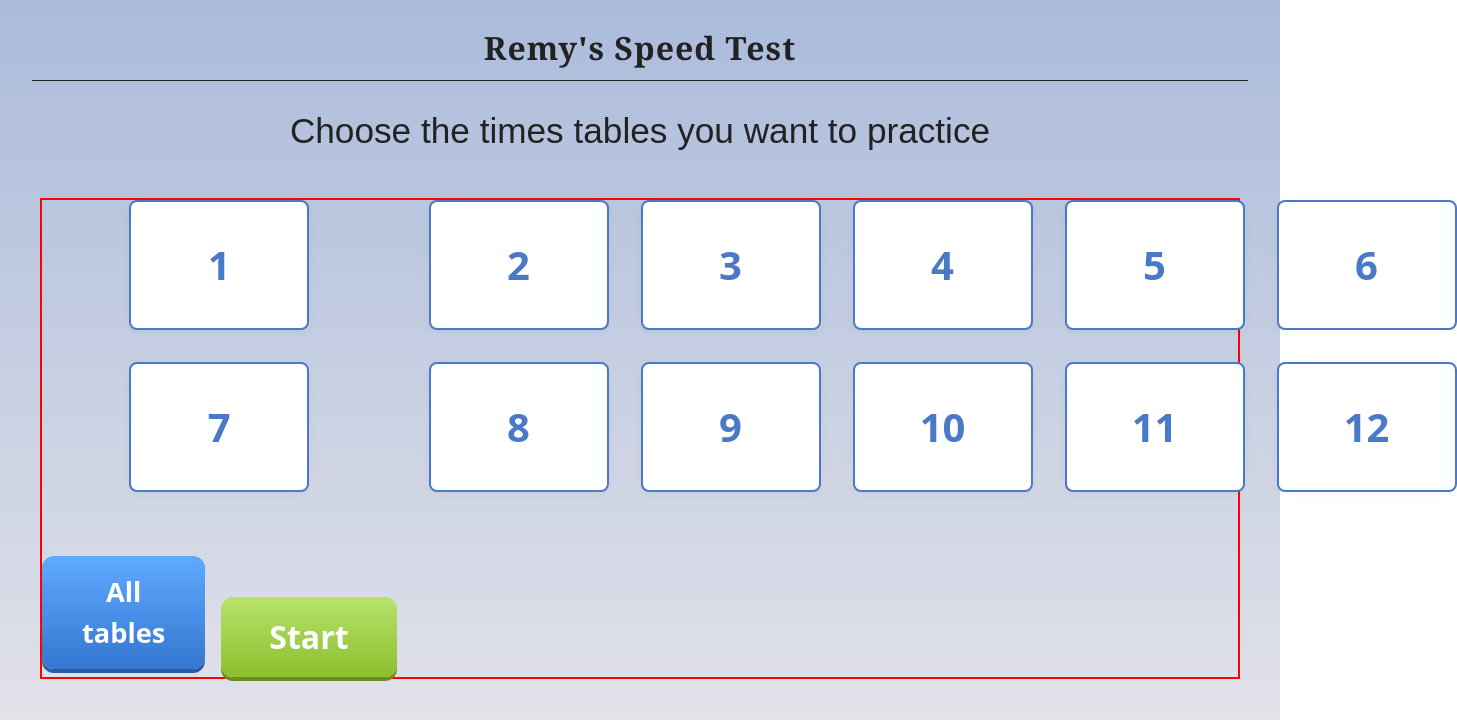
Repository: Chinurum-Omenuko/remys-speed-test
Page: / (app in app/)
The author's editor kept a copy of each file at every save. The page is drawn from the files as they stood at one save, then again after a run of saves.
The browser window is 1280 px wide. The page is 1457 px wide, then 1455 px, so the pictures cover 1457 px, including what lies to the right of the window. The pictures show the whole page.
The project was rebuilt for these pictures with package versions that can differ from the ones it lists, and the page was loaded fresh each time. The framework's server and built-in components were replaced by stand-ins that run in the browser. Also part of the build but not shown: app/svelte.config.js, app/vite.config.ts.

Above is the page before, as saved 2025-11-17 10:52:41.

### app/src/routes/+page.svelte

<script lang="ts">
	import { goto } from "$app/navigation";
	import { GameStore } from "../stores/gameStore.svelte";

	let store = GameStore;
	let chosenTables = store.getTables()
	const tables = Array.from({ length: 12 }, (_, i) => i + 1);

	function selectTable(table: number) {
		store.addTables(table)
	}

	function allTables(){
		tables.forEach(table => {
			let index = chosenTables.indexOf(table)
			if(!chosenTables.includes(table)){
				selectTable(table)
				return
			}
			chosenTables.splice(index, 1)
		});
	}


	function start() {
		store.generateQuestions(chosenTables)
		goto("/test")
	}



	function lastResults() {
		alert('Show last results');
	}
</script>
<div class="landing-bg">
	<div style="padding: 1.5rem 2rem 0 2rem;">
		<h1 class="title">Remy's Speed Test</h1>
		<div class="dotted"></div>
		<h2 class="subtitle">Choose the times tables you want to practice</h2>
		<div class="content">
			<div class="tables-grid">
				{#each tables as table}
					<button
						type="button"
						class="table-btn {chosenTables.includes(table) ? 'selected' : ''}"
						on:click={() => {

							selectTable(table)
							}}
						aria-pressed={chosenTables[table] === table}
					>
						{table}
					</button>
				{/each}
				<div class="actions">
					<div class="left-actions">
						{#if chosenTables.length == 12}
							<button class="blue-btn" on:click={allTables}>Deselect All Tables</button>
						{:else}
							<button class="blue-btn" on:click={allTables}>All tables</button>
						{/if}
					</div>
					<button class="green-btn" on:click={start}>Start</button>
				</div>
			</div>
		</div>
	</div>
</div>

<style>
	.landing-bg {
		background: linear-gradient(180deg, #aabbdb, #e2e2e9);
		min-height: 100vh;
		padding: 0;
		margin: 0;
	}
	.title {
		font-size: 2rem;
		font-weight: 700;
		margin: 0 0 0.5rem 0;
		letter-spacing: 1px;
		color: #222;
		font-family: Georgia, 'Times New Roman', Times, serif;
		text-align: center;
	}
	.dotted {
		border-bottom: 1px solid #222;
		margin-bottom: 1.5rem;
	}
	.subtitle {
		font-size: 2.2rem;
		font-weight: 100;
		margin-bottom: 2.5rem;
		text-align: center;
		color: #222;
		font-family: Arial, Helvetica, sans-serif;
	}

	.content{
		display: flex;
		flex-direction: column;
	}
	.tables-grid {
		display: grid;
		grid-template-columns: repeat(6, 1fr);
		gap: 2rem;
		max-width: 1200px;
		margin: 0 auto 2.5rem auto;
		border: solid 2px red;

	}
	.table-btn {
		background: #fff;
		border: 2px solid #4a7ac7;
		border-radius: 8px;
		font-size: 2.5rem;
		font-weight: 700;
		color: #4a7ac7;
		width: 180px;
		height: 130px;
		display: flex;
		align-items: center;
		justify-content: center;
		cursor: pointer;
		transition: box-shadow 0.2s, border 0.2s;
		margin: 0 auto;
		box-shadow: 0 2px 8px rgba(0,0,0,0.04);
	}
	.table-btn.selected {
		border: 3px solid #2e5eaa;
		background: #eaf1ff;
		color: #2e5eaa;
	}
	.actions {
		display: flex;
		justify-content: space-between;
		align-items: flex-end;
		max-width: 1200px;
		margin: 2rem auto 0 auto;
	}
	.left-actions {
		display: flex;
		flex-direction: column;
		gap: 1.2rem;
	}
	.blue-btn {
		background: linear-gradient(180deg, #5faaff 0%, #3576d1 100%);
		color: #fff;
		font-size: 1.7rem;
		font-weight: 600;
		border: none;
		border-radius: 12px;
		padding: 1rem 2.5rem;
		box-shadow: 0 4px 0 #2b5ca7;
		cursor: pointer;
		margin-bottom: 0.5rem;
		transition: background 0.2s;
	}
	.blue-btn:active {
		background: #3576d1;
	}
	.green-btn {
		background: linear-gradient(180deg, #b6e36b 0%, #8dbf2e 100%);
		color: #fff;
		font-size: 2rem;
		font-weight: 700;
		border: none;
		border-radius: 12px;
		padding: 1rem 3rem;
		box-shadow: 0 4px 0 #6b8e23;
		cursor: pointer;
		margin-left: 1rem;
		transition: background 0.2s;
	}
	.green-btn:active {
		background: #8dbf2e;
	}

	/* 640px: small tablet */
	/* @media (min-width: 640px) {
		.tables-grid {
			grid-template-columns: repeat(3, 1fr);
			border: red;
		}
		.table-btn {
			width: 100px;
			height: 80px;
			font-size: 1.5rem;
		}
		.actions {
			flex-direction: column;
			align-items: stretch;
			gap: 2rem;
		}
	}

	/* 768px: tablet portrait */
	/* @media (min-width: 768px) {
		.tables-grid {
			grid-template-columns: repeat(3, 1fr);
			border: red;
		}
		.table-btn {
			width: 100px;
			height: 80px;
			font-size: 1.5rem;
		}
		.actions {
			flex-direction: column;
			align-items: stretch;
			gap: 2rem;
		}
	} */

	/* 1024px: tablet landscape / small laptop */
	/* @media (min-width: 1024px) {
		.tables-grid {
			grid-template-columns: repeat(4, 1fr);
		}
		.table-btn {
			width: 140px;
			height: 110px;
			font-size: 2rem;
		}
		.actions {
			flex-direction: row;
			align-items: center;
			gap: 1rem;
		}
	} */

	/* @media (min-width: 1200px) and (max-height: 700px) {

	} */


	/* 1280px: laptop */
	/* @media (min-width: 1280px) {} */

	/* 1536px: large desktop */
	/* @media (min-width: 1536px) {} */




</style>

### app/src/stores/gameStore.svelte.ts
import { writable } from "svelte/store";
import { createQuestions } from "../utils/gameUtils";

function createGameStore(){
    let allQuestions = $state<any[]>([])
    let selectedTables: number[] = $state([])


    return{
        selectedTables,
        get allQuestions(){
            return allQuestions;
        },
        clearSelectedTables: () => {
            selectedTables = []
        },
        getTables: () => selectedTables,
        addTables: (table: number) => {
            let index = selectedTables.indexOf(table)

            if(!selectedTables.includes(table)){
                selectedTables.push(table)
                return
            }

            selectedTables.splice(index,1)

        },
        generateQuestions: (table: number[]) => {
            let questions = createQuestions(table)

            let flat = Object.values(questions).flat();
            allQuestions = [...allQuestions, ...flat];


        },

        removeQuestions: () => allQuestions = []
    }
}

export const GameStore = createGameStore()

### app/src/utils/gameUtils.ts
function makeQuestionObject(table: number){
    let questionsObjectArray = []
    for (let i = 1; i <= 12; i++){
        let question = {
            id: table + '-' + i,
            table: table,
            multiplier: i,
            question: `${table} x ${i}`,
            answer: table * i
        };
        questionsObjectArray.push(question);
    }
    return questionsObjectArray;
}

export function createQuestions(timeTable: number[]){
    let questions = {};

    timeTable.forEach(table => {
        let objectArray = makeQuestionObject(table)
        questions[table] = objectArray
    });
    return questions
}

Loaded but not shown: app/src/app.html (common file); app/src/routes/+layout.svelte (common file); app/src/app.css (common file)

After the next 2 saves:
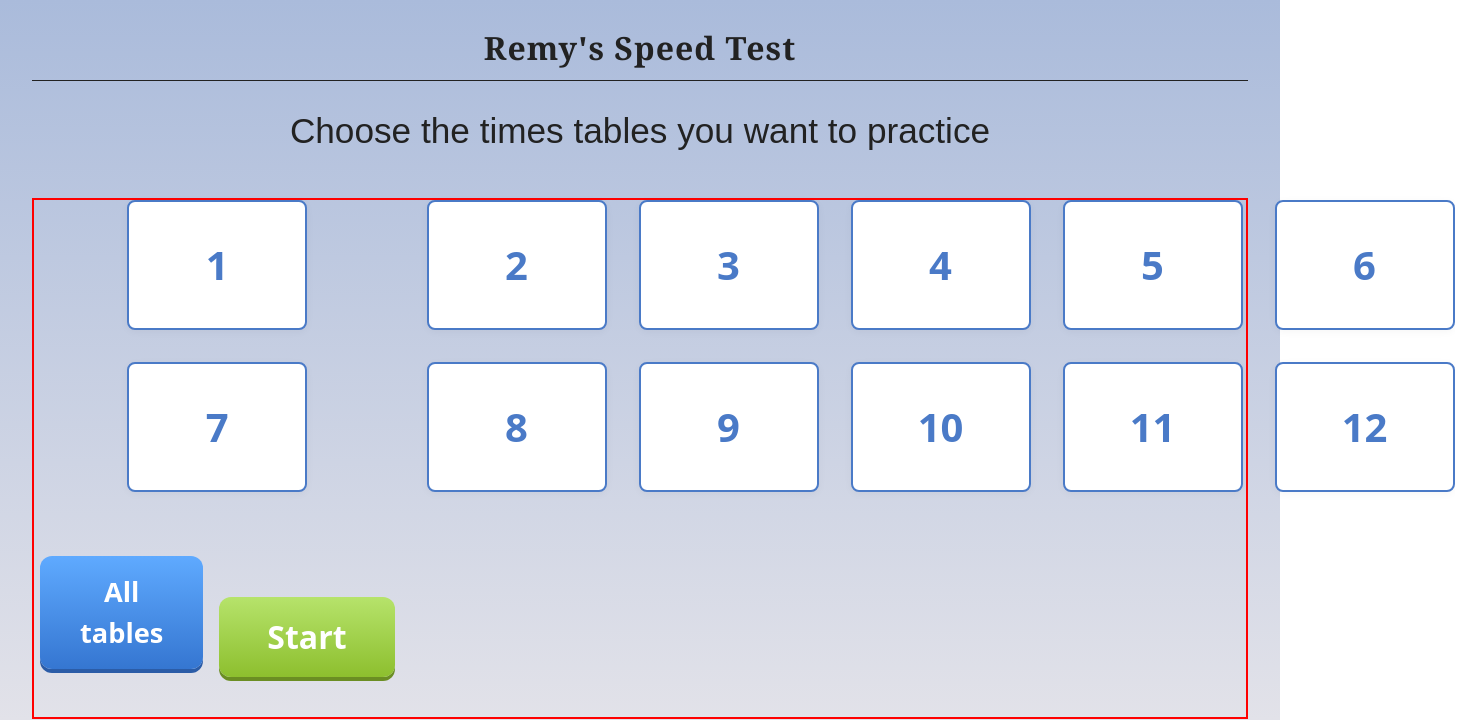
The 2 saves are shown as one change because they came seconds apart.
The last was saved 30 s later.
--- a/app/src/routes/+page.svelte
+++ b/app/src/routes/+page.svelte
@@ -101,6 +101,7 @@
 	.content{
 		display: flex;
 		flex-direction: column;
+		border: solid 2px red;
 	}
 	.tables-grid {
 		display: grid;
@@ -108,7 +109,6 @@
 		gap: 2rem;
 		max-width: 1200px;
 		margin: 0 auto 2.5rem auto;
-		border: solid 2px red;
 
 	}
 	.table-btn {
